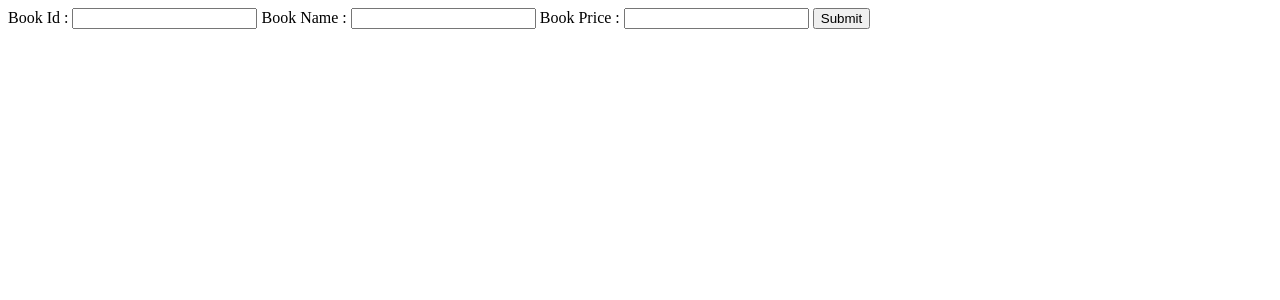
Repository: govinddangi4564/Advance-Java-Servlet-
Page: Book-Servlet/src/main/webapp/index.html
The author's editor kept a copy of each file at every save. The page is drawn from the files as they stood at one save, then again after the next save.
The browser window is 1280 px wide. The pictures show the whole page.

Above is the page before, as saved 2026-02-10 16:43:07.

### Book-Servlet/src/main/webapp/index.html
<!DOCTYPE html>
<html>
<head>
<meta charset="UTF-8">
<title>Insert title here</title>
</head>
<body>
	<form action="bookServlet">

		Book Id : <input type="text" name="bookId"/>
		Book Name : <input type="text" name="bookName"/>
		Book Price : <input type="text" name="bookPrice"/>

		<input type="submit" name="submit"/>

	</form>
</body>
</html>

After the next save:
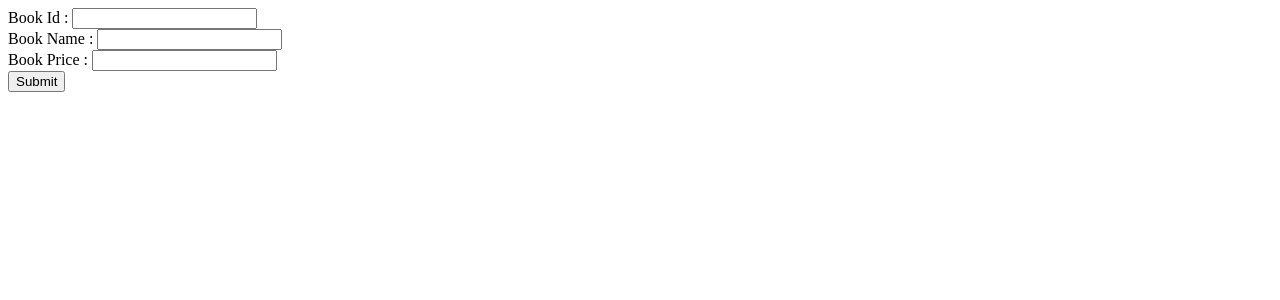
Saved 93 s later.
--- a/Book-Servlet/src/main/webapp/index.html
+++ b/Book-Servlet/src/main/webapp/index.html
@@ -7,9 +7,9 @@
 <body>
 	<form action="bookServlet">
 
-		Book Id : <input type="text" name="bookId"/>
-		Book Name : <input type="text" name="bookName"/>
-		Book Price : <input type="text" name="bookPrice"/>
+		Book Id : <input type="text" name="bookId"/> <br>
+		Book Name : <input type="text" name="bookName"/> <br>
+		Book Price : <input type="text" name="bookPrice"/> <br>
 
 		<input type="submit" name="submit"/>
 
